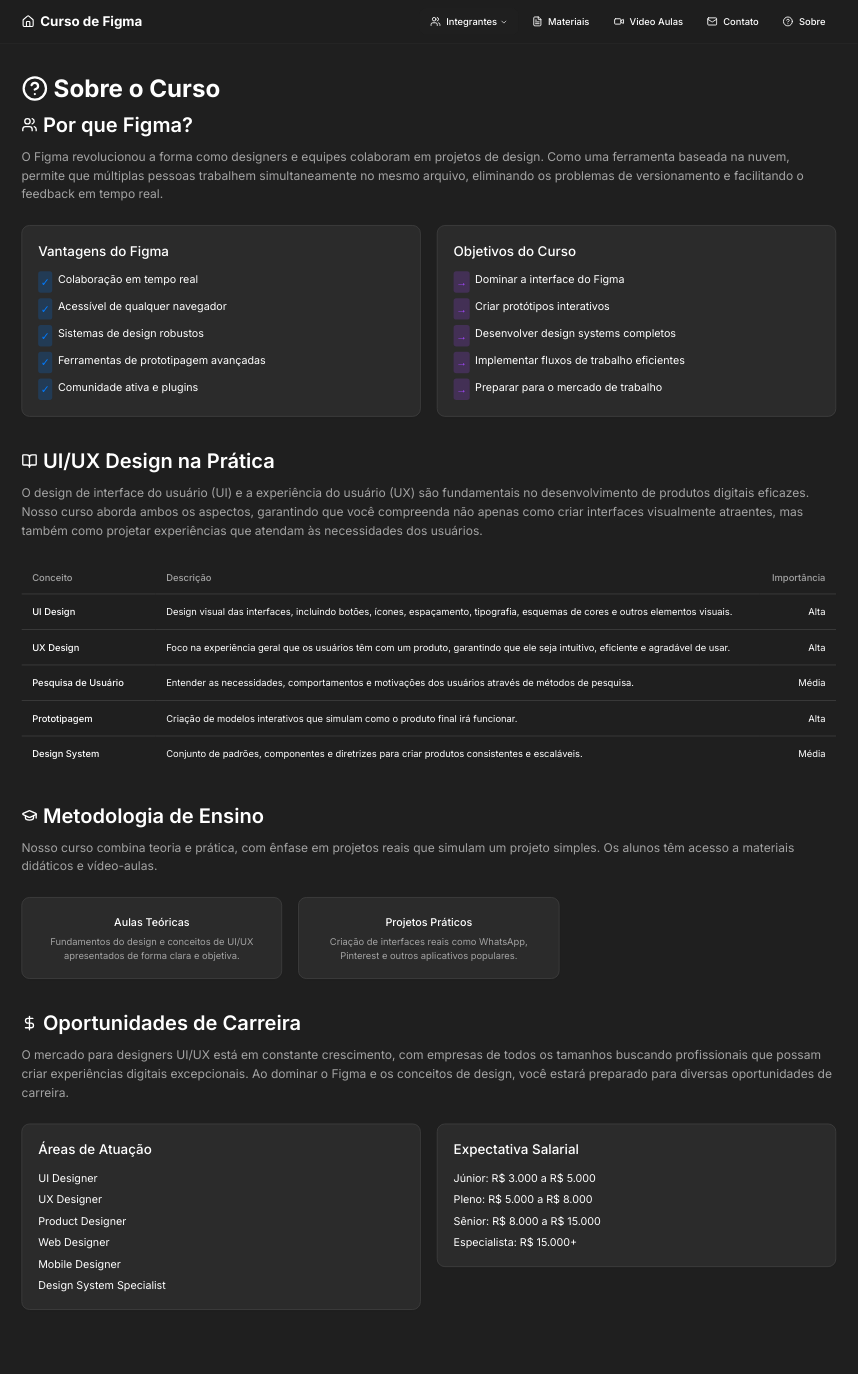
Repository: Geisbelly/figma-season-showcase-33
Page: /about
These files come from the project's save history. The page is drawn as it stood at one moment and after the next save; the edit follows.
The browser window is 1280 px wide. The pictures show the whole page, at 67% of full size.
The project was rebuilt for these pictures with package versions that can differ from the ones it lists, and the page was loaded fresh each time. Also part of the build but not shown: vite.config.ts, src/components/ui/tooltip.tsx, src/components/ui/badge.tsx, src/components/SeasonCard.tsx, src/pages/Index.tsx, src/pages/NotFound.tsx, src/data/membersData.ts, src/components/ui/avatar.tsx and 11 more.

Above is the page before, as saved 2025-04-30 11:32:41.

After the next save:
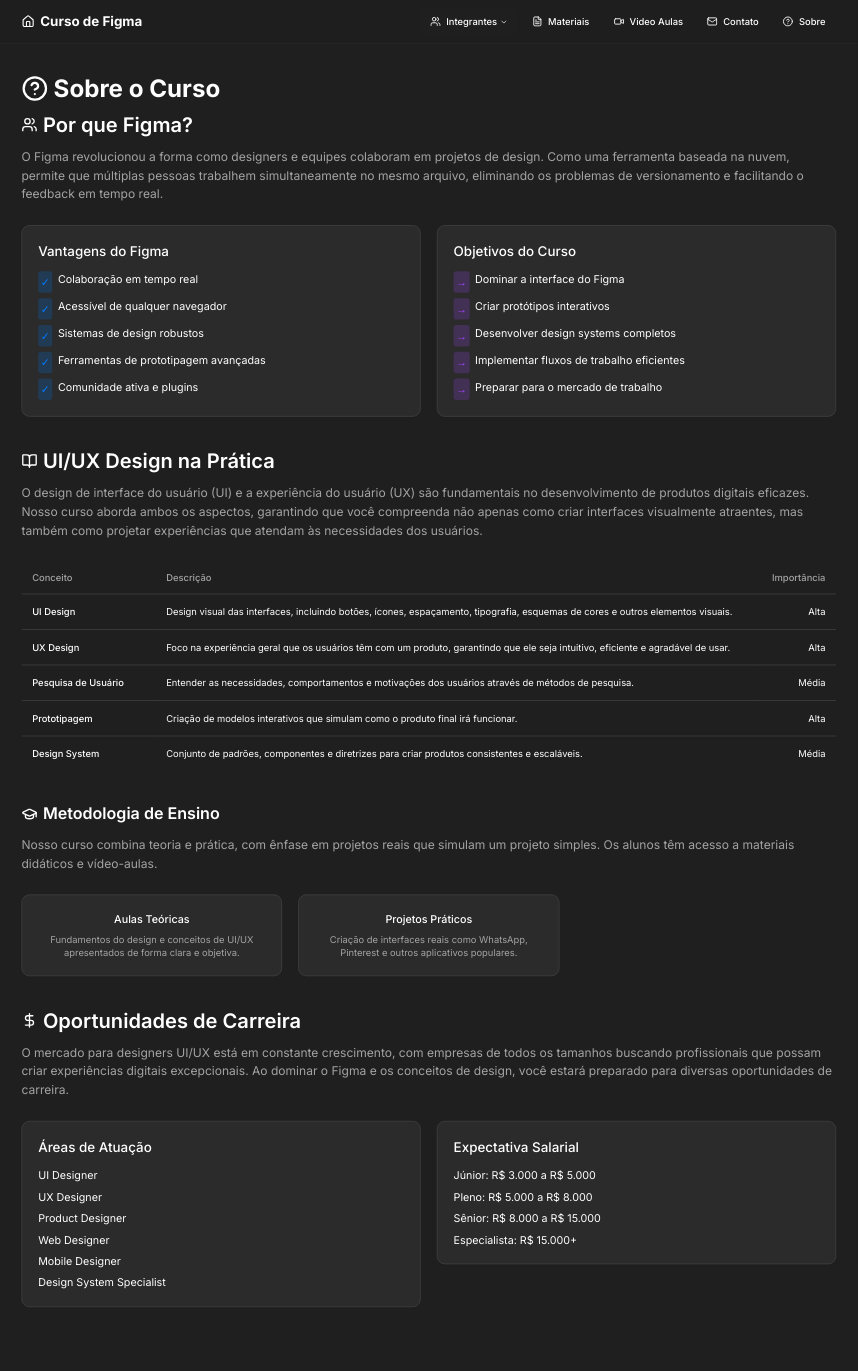
Saved 53 s later.
--- a/src/pages/about/index.tsx
+++ b/src/pages/about/index.tsx
@@ -132,7 +132,7 @@
         </section>
 
         <section className="mb-12">
-          <h2 className="text-3xl font-semibold mb-4 flex items-center gap-2">
+          <h2 className="text-2xl font-semibold mb-4 flex items-center gap-2">
             <GraduationCap className="h-6 w-6" />
             Metodologia de Ensino
           </h2>

After the save that followed:
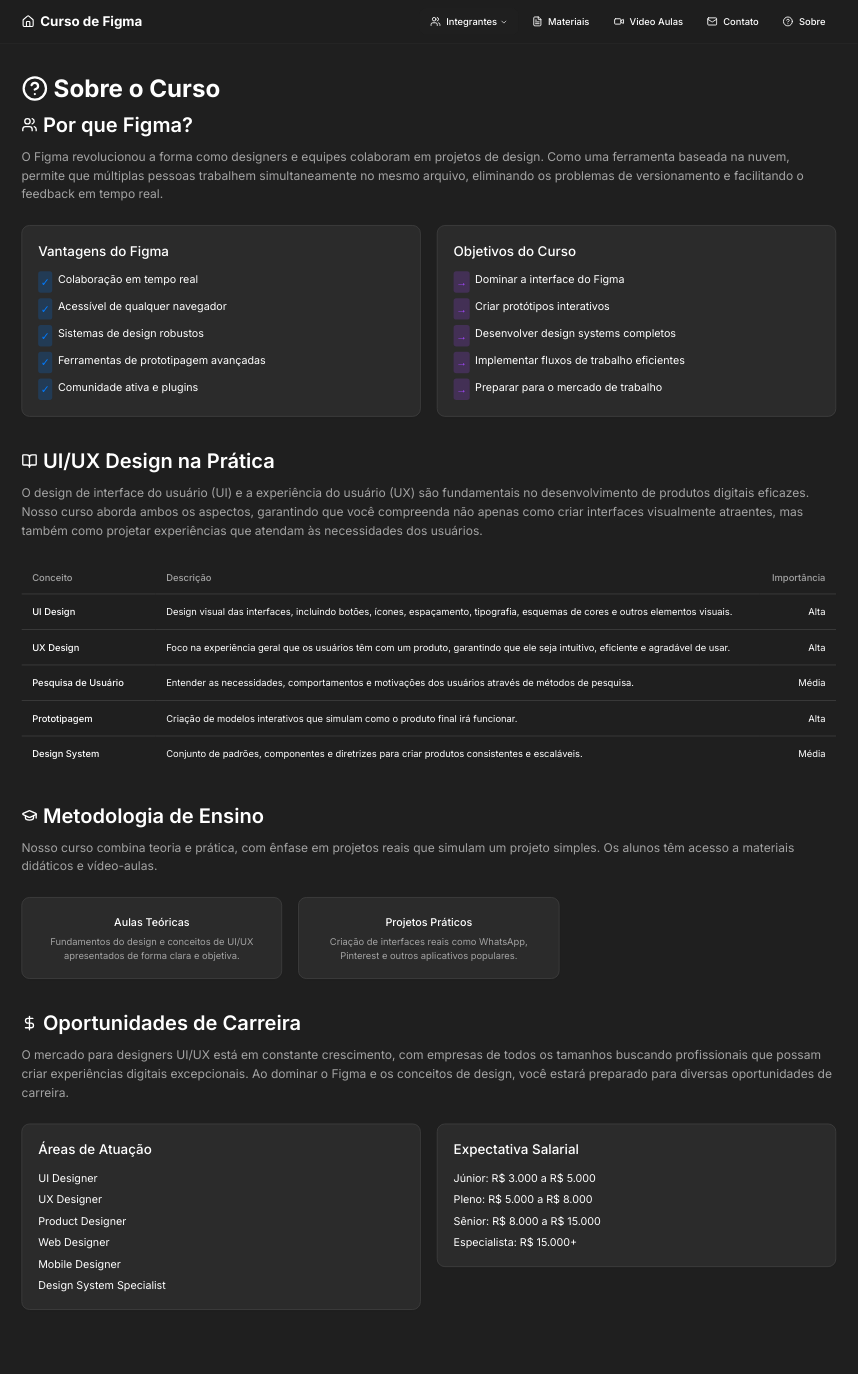
Saved 112 s later.
--- a/src/pages/about/index.tsx
+++ b/src/pages/about/index.tsx
@@ -132,7 +132,7 @@
         </section>
 
         <section className="mb-12">
-          <h2 className="text-2xl font-semibold mb-4 flex items-center gap-2">
+          <h2 className="text-3xl font-semibold mb-4 flex items-center gap-2">
             <GraduationCap className="h-6 w-6" />
             Metodologia de Ensino
           </h2>
